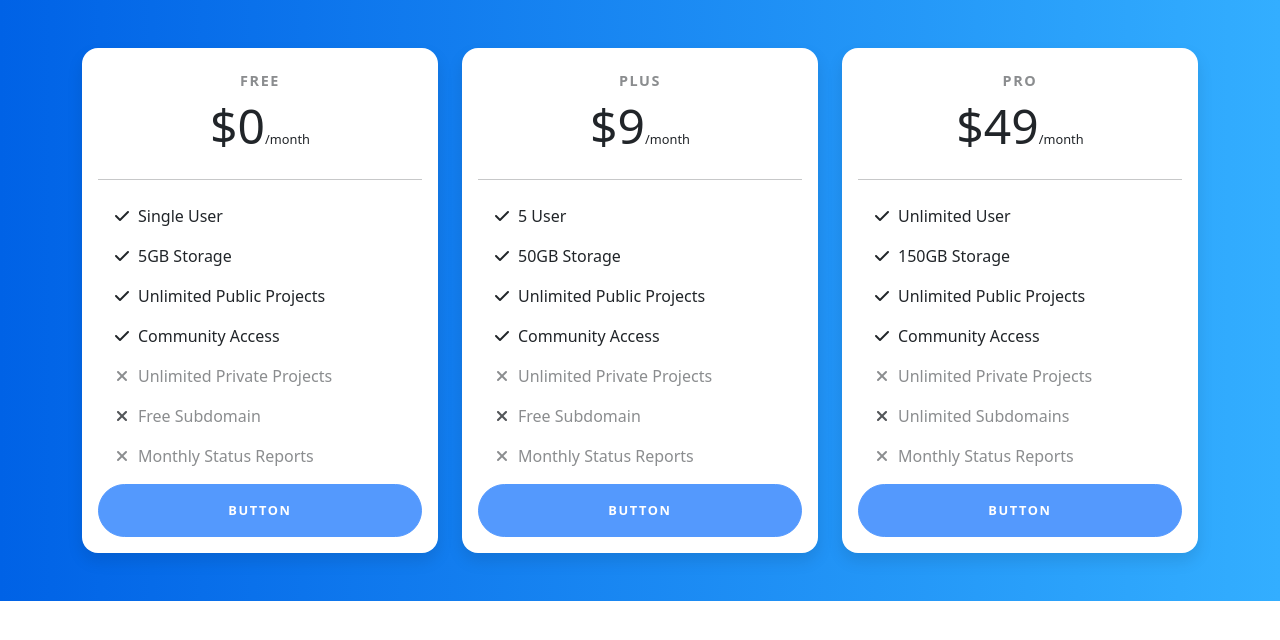
Repository: muzthy8/price-card
Page: /
These files come from the project's save history. The page is drawn as it stood at one moment and after the next save; the edit follows.
The browser window is 1280 px wide. The pictures show the whole page.
Some web libraries are served in a nearby version. The project was rebuilt for these pictures with package versions that can differ from the ones it lists, and the page was loaded fresh each time.

Above is the page before, as saved 2023-06-23 12:37:04.

After the next save:
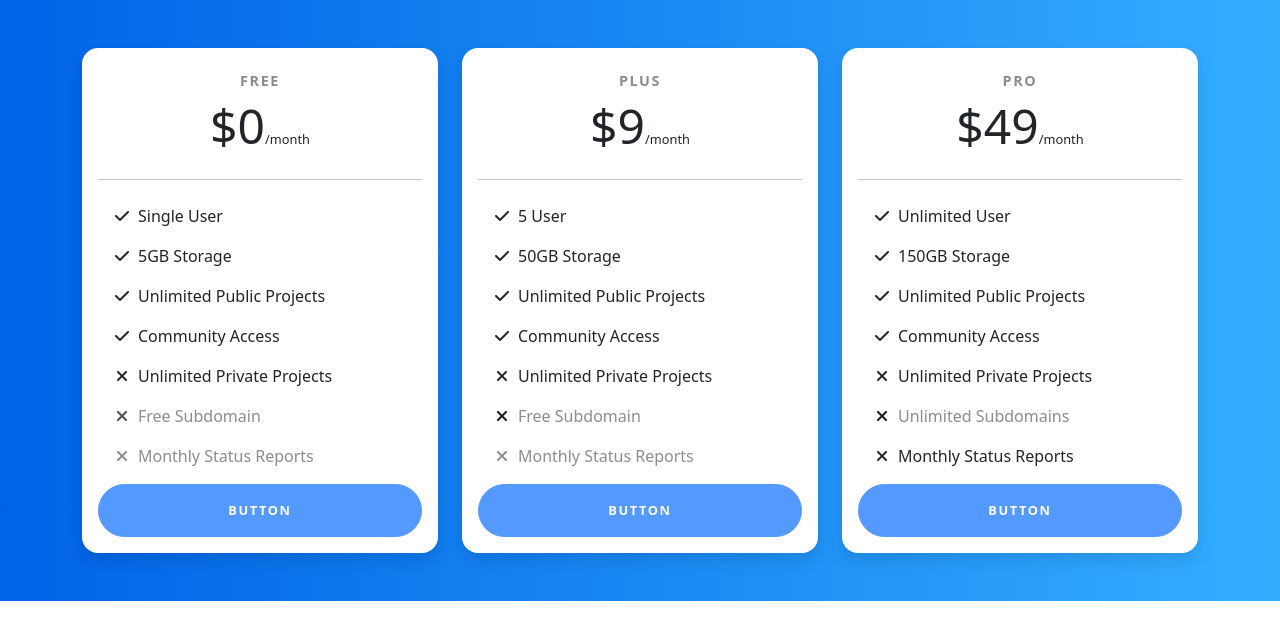
Saved 5 min 37 s later.
--- a/src/card.js
+++ b/src/card.js
@@ -11,15 +11,15 @@ function card({data}) {
             <h6 className="card-price text-center">${data.price}<span className="period">/month</span></h6>
             <hr/>
             <ul className="fa-ul">
-              <li><span className="fa-li"><i className="fas fa-check"></i></span>{data.users}</li>
-              <li><span className="fa-li"><i className="fas fa-check"></i></span>{data.storage}</li>
-              <li><span className="fa-li"><i className="fas fa-check"></i></span>{data.publicProjects}</li>
-              <li><span className="fa-li"><i className="fas fa-check"></i></span>{data.communityAccess}</li>
-              <li className="text-muted"><span className="fa-li"><i className="fas fa-times"></i></span>{data.privateProjects}</li>
-              <li className="text-muted"><span className="fa-li"><i className="fas fa-times"></i></span>{data.phoneSupport}</li>
-              <li className="text-muted"><span className="fa-li"><i className="fas fa-times"></i></span>{data.subDomain}
+              <li className={data.isUsers?"":"text-muted"}><span className="fa-li"><i className="fas fa-check"></i></span>{data.users}</li>
+              <li className={data.isStorage?"":"text-muted"}><span className="fa-li"><i className="fas fa-check"></i></span>{data.storage}</li>
+              <li className={data.isPublicProjects?"":"text-muted"}><span className="fa-li"><i className="fas fa-check"></i></span>{data.publicProjects}</li>
+              <li className={data.isCommunityAccess?"":"text-muted"}><span className="fa-li"><i className="fas fa-check"></i></span>{data.communityAccess}</li>
+              <li className={data.isPrivateProjects?"":"text-muted"}><span className="fa-li"><i className="fas fa-times"></i></span>{data.privateProjects}</li>
+              <li className={data.isPhoneSupport?"":"text-muted"}><span className="fa-li"><i className="fas fa-times"></i></span>{data.phoneSupport}</li>
+              <li className={data.isSubdomain?"":"text-muted"}><span className="fa-li"><i className="fas fa-times"></i></span>{data.subDomain}
               </li>
-              <li className="text-muted"><span className="fa-li"><i className="fas fa-times"></i></span>{data.reports}</li>
+              <li className={data.isReports?"":"text-muted"}><span className="fa-li"><i className="fas fa-times"></i></span>{data.reports}</li>
             </ul>
             <div className="d-grid">
               <a href="javascript(void)" className="btn btn-primary text-uppercase">Button</a>
